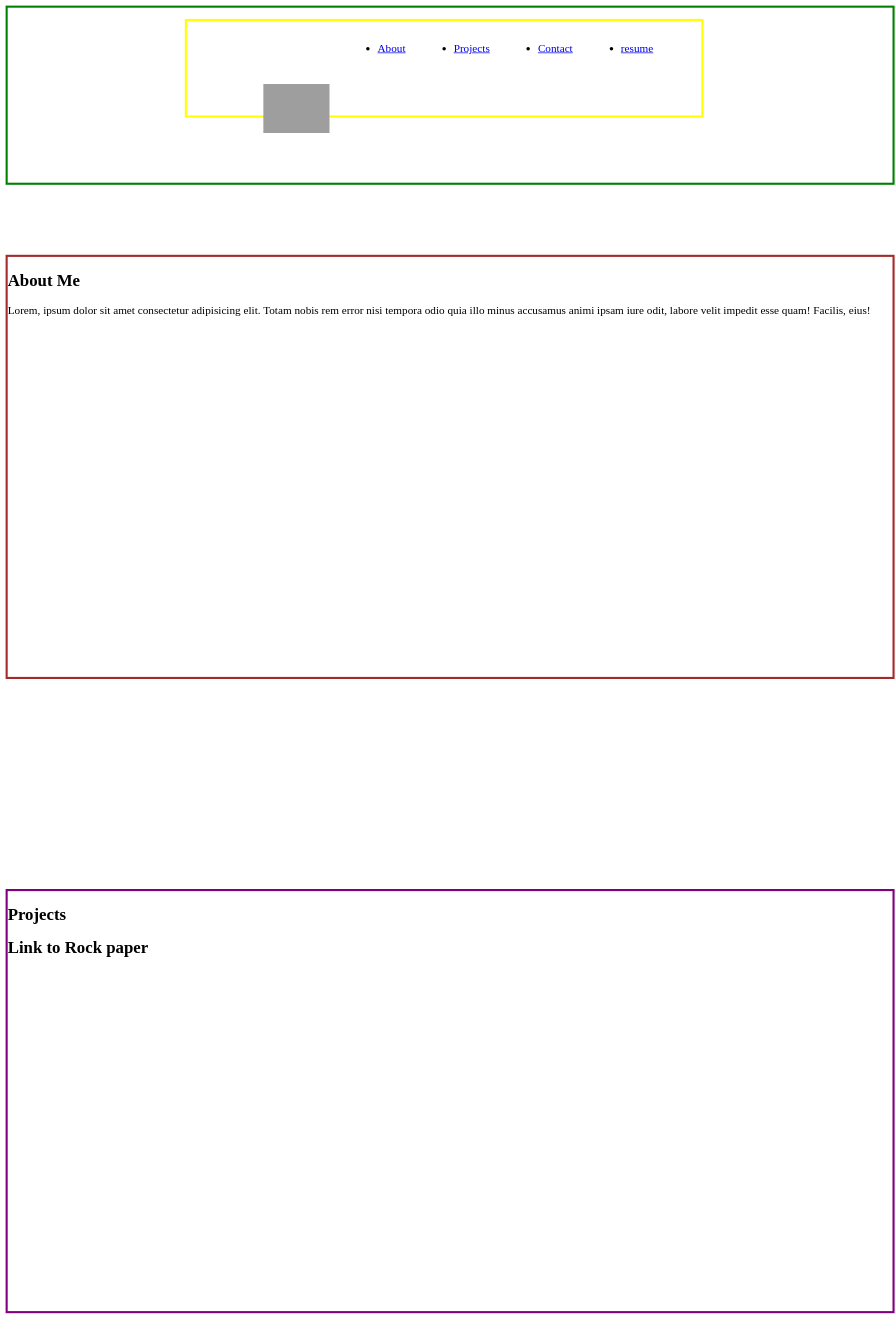
Repository: JohnDunst/projecttwo
Page: /
An editor plug-in stored every save of this project. The page is shown before and after the next save, followed by the edit.
The browser window is 1280 px wide. The pictures show the part of the page from y = 0 to 1920 px (the page is 2790 px tall), at 70% of full size.
Pictures or frames that could not be fetched are drawn as grey boxes. The project was rebuilt for these pictures with package versions that can differ from the ones it lists, and the page was loaded fresh each time. Imported but missing from the stored project, and not drawn on this page: src/assets/Dunst Resume.pdf.

Above is the page before, as saved 2023-08-03 23:23:58.

After the next save:
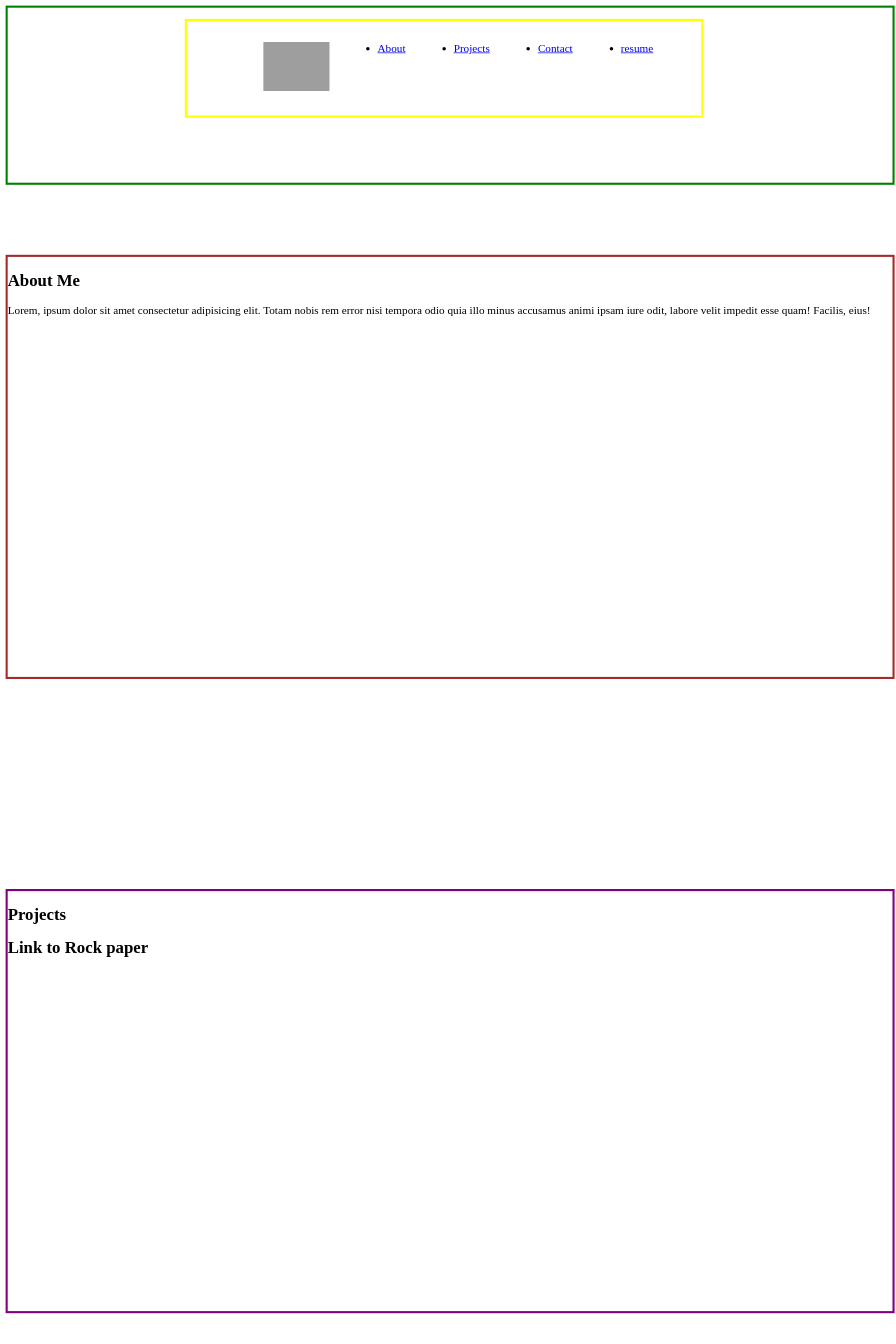
Saved 4 s later.
--- a/src/style.css
+++ b/src/style.css
@@ -53,5 +53,5 @@ margin-bottom: 50px;
 }
 img{
     max-width: 100%;
-    padding-top: 60px;
+    padding-top: 0px;
 }
